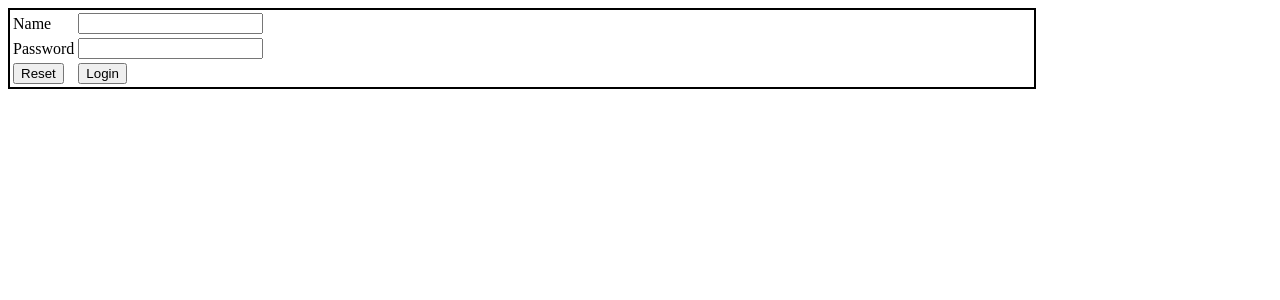
Repository: jks2127/SMS-webApp
Page: sms 1.2/WebContent/index.html
These files come from the project's save history. The page is drawn as it stood at one moment and after the next save; the edit follows.
The browser window is 1280 px wide. The pictures show the whole page.

Above is the page before, as saved 2021-06-11 11:55:16.

### sms 1.2/WebContent/index.html
<!DOCTYPE html>
<html>
<head>
	<meta charset="ISO-8859-1">
	<title>Student Management System</title>

	<style>
		.container{
		width:80%;
		border:2px solid black;
		}
	</style>
</head>

<body class="container">
	<form action="Login" method="POST">
		<table>
			<tr>
				<td> Name </td>
				<td><input type="text" name="user_name"></td>
			</tr>
			<tr>
				<td>Password</td>
				<td><input type="password" name="user_pswd"></td>
			</tr>
			<tr>
				<td><button type="reset">Reset</button></td>
				<td><button type="submit">Login</button></td>
			</tr>
		</table>

	</form>
</body>
</html>

After the next save:
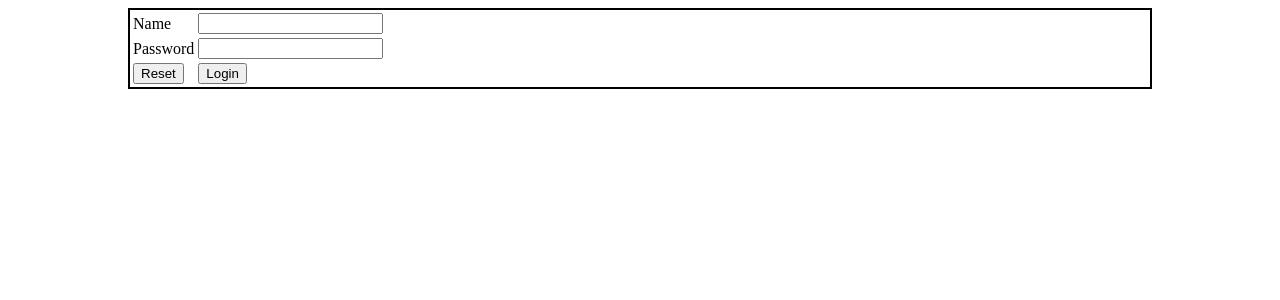
Saved 52 s later.
--- a/sms 1.2/WebContent/index.html
+++ b/sms 1.2/WebContent/index.html
@@ -6,7 +6,8 @@
 
 	<style>
 		.container{
-		width:80%;
+		margin-left:10%;
+		margin-right:10%;
 		border:2px solid black;
 		}
 	</style>
